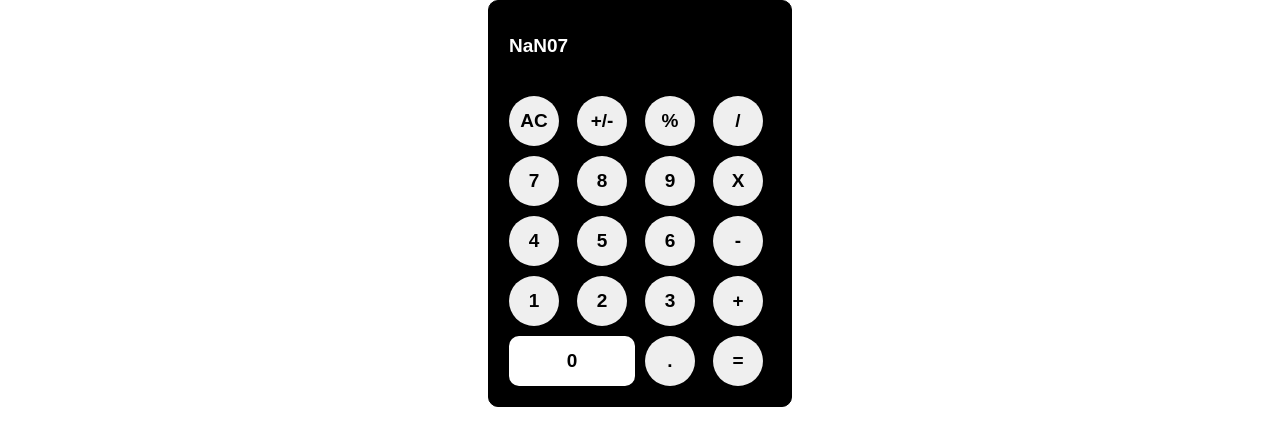
Repository: dmpelaez/calculator
Page: Calculator.html
An editor plug-in stored every save of this project. The page is shown before and after the next save, followed by the edit.
The browser window is 1280 px wide. The pictures show the whole page.
After loading, the first visible `button.seven` was clicked once.

Above is the page before, as saved 2025-12-15 21:53:58.

### Calculator.html
<!DOCTYPE html>

  <html>
    <head>

      <title>Calculator</title>

      <!--CSS-->
      <link rel="stylesheet" href="Calculator.css">

    </head>
    <body>
      <!--Container-->
      <main class="container">

        <!--Sections-->
        <section class="Section">

          <!--Input section-->
          <input class="inputSection" type="text" disabled>

          <!--Btns section-->
          <div class="btnSection">
            <button class="btn cancel">AC</button>
            <button class="btn signs">+/-</button>
            <button class="btn rmnder">%</button>
            <button class="btn divide" onclick="appendOperation(' / ')">/</button>
            <button class="btn seven" onclick="appendNumber('7')">7</button>
            <button class="btn eight" onclick="appendNumber('8')">8</button>
            <button class="btn nine" onclick="appendNumber('9')">9</button>
            <button class="btn times" onclick="appendOperation(' * ')">X</button>
            <button class="btn four" onclick="appendNumber('4')">4</button>
            <button class="btn five" onclick="appendNumber('5')">5</button>
            <button class="btn six" onclick="appendNumber('6')">6</button>
            <button class="btn minus"  onclick="appendOperation(' - ')">-</button>
            <button class="btn one" onclick="appendNumber('1')">1</button>
            <button class="btn two" onclick="appendNumber('2')">2</button>
            <button class="btn three" onclick="appendNumber('3')">3</button>
            <button class="btn plus"  onclick="appendOperation(' + ')">+</button>
            <button class="btn zero" onclick="appendNumber('0')">0</button>
            <button class="btn dot" onclick="appendNumber(' . ')" >.</button>
            <button class="btn equal" onclick="appendValue()">=</button>
          </div>
        </section>


      </main>

      <script src="Calculator.js"></script>
    </body>

  </html>

### Calculator.css
body {
  margin: 0;
  padding: 0;
  box-sizing: border-box;
  display: flex;
  align-items: center;
  justify-content: center;

}

.Section {
display: flex;
flex-direction: column;
border: 1px solid black;
border-radius: 10px;
gap: 20px;
background: black;
}
.inputSection {
  color: white;
  padding: 20px;
  padding-bottom: 0px;
  display: flex;
  justify-content: end;
  height: 50px;
  align-items: center;
  font-size: 19px;
  font-weight: bold;
  background: transparent;
  border: none;

}
.btnSection {
  display: grid;
  grid-template-columns: 1fr 1fr 1fr 1fr;
  padding: 20px;
  gap: 10px;
  padding-top: 5px;
}
.btn {
  border: none;
  height: 50px;
  width: 50px;
  border-radius: 50%;
  font-weight: bold;
  Font-size: 19px;
  cursor: pointer;
}
.equal {
  grid-column: 4
}
.dot {
  grid-column: 3
}
.zero {
  grid-row: 5;
  grid-column: 1 / 2 span;
  background: white;
  width: auto;
  border-radius: 10px;
}

### Calculator.js

let answer = 0;



function appendNumber(num) {
  answer += num;


   document.querySelector('.inputSection')
  .value += answer;

  return;
};

function appendOperation(sign) {
  document.querySelector('.inputSection')
  .value += sign;
}

function appendValue() {

  const result = eval(document.querySelector('.inputSection')
  .value);

  document.querySelector('.inputSection')
  .value = Number(result);

};

appendValue();





document.querySelector('.cancel')
.addEventListener('click', () => {

  document.querySelector('.inputSection')
  .value = '';

})

After the next save:
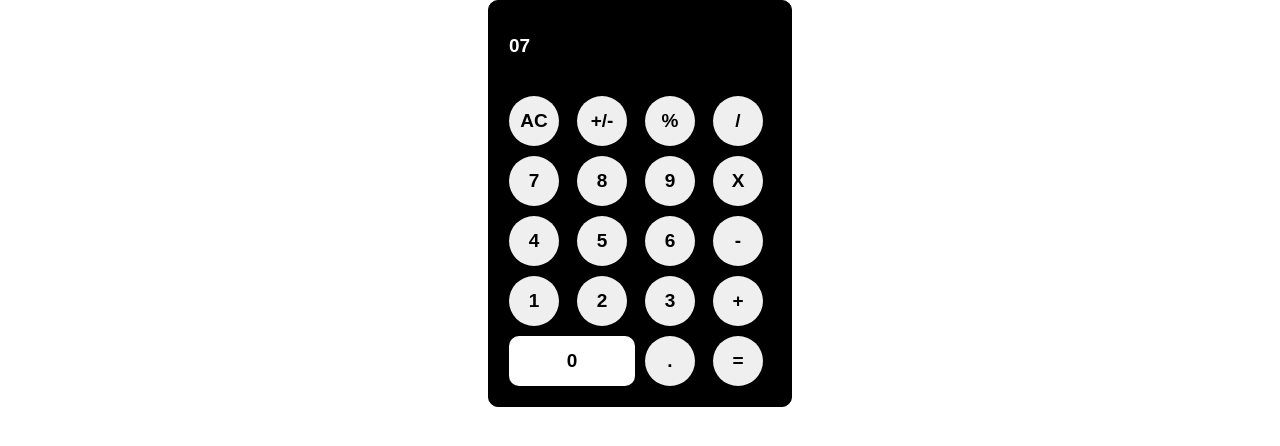
Saved 53 s later.
--- a/Calculator.js
+++ b/Calculator.js
@@ -8,7 +8,7 @@ function appendNumber(num) {
 
 
    document.querySelector('.inputSection')
-  .value += answer;
+  .value = answer;
 
   return;
 };
